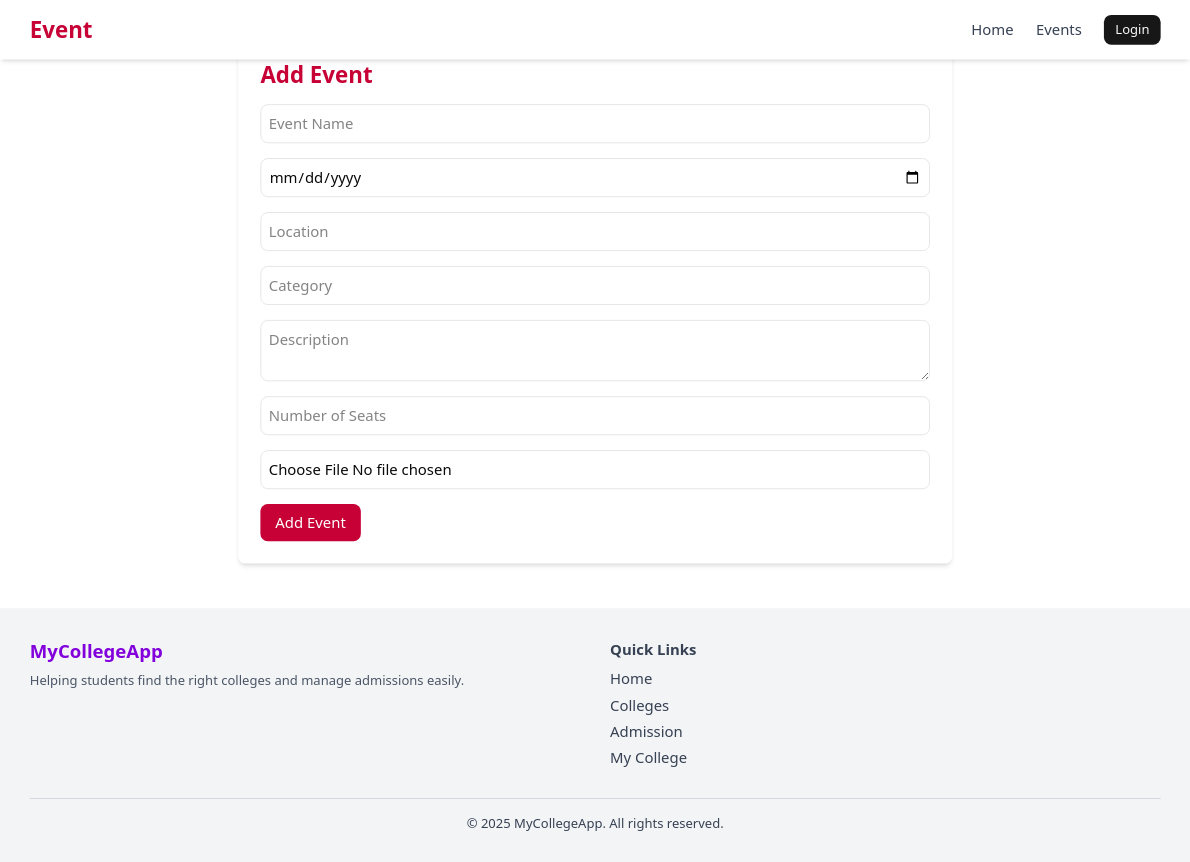
Repository: shshafin/event-client
Page: /add-event
An editor plug-in stored every save of this project. The page is shown before and after the next save, followed by the edit.
The browser window is 1280 px wide. The pictures show the whole page, at 93% of full size.
The page's requests for data from a server got no answer. The project was rebuilt for these pictures with package versions that can differ from the ones it lists, and the page was loaded fresh each time. The framework's server and built-in components were replaced by stand-ins that run in the browser. No one was signed in, and anything a server would have sent is missing. Also part of the build but not shown: next.config.ts, src/components/ui/dropdown-menu.tsx.

Above is the page before, as saved 2025-10-30 00:53:16.

After the next save:
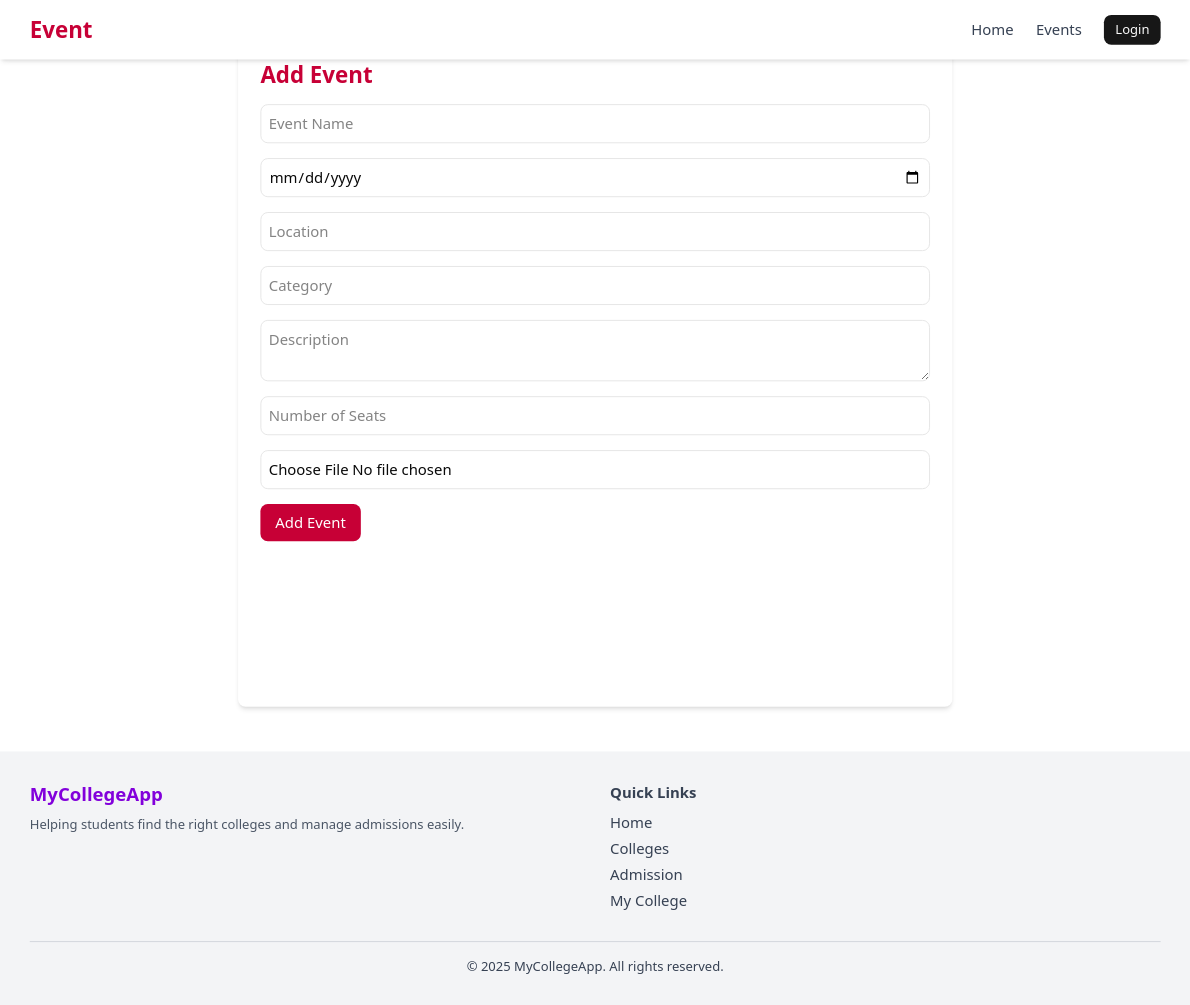
Saved 14 s later.
--- a/src/app/(withCommonLayout)/(admin)/add-event/page.tsx
+++ b/src/app/(withCommonLayout)/(admin)/add-event/page.tsx
@@ -118,7 +118,7 @@
   };
 
   return (
-    <div className="max-w-3xl mx-auto mt-10 p-6 bg-white shadow-md rounded-md">
+    <div className="max-w-3xl mx-auto mt-10 p-6 bg-white shadow-md rounded-md h-screen">
       <h2 className="text-2xl font-bold mb-4 text-rose-700">Add Event</h2>
 
       <FXForm

After the save that followed:
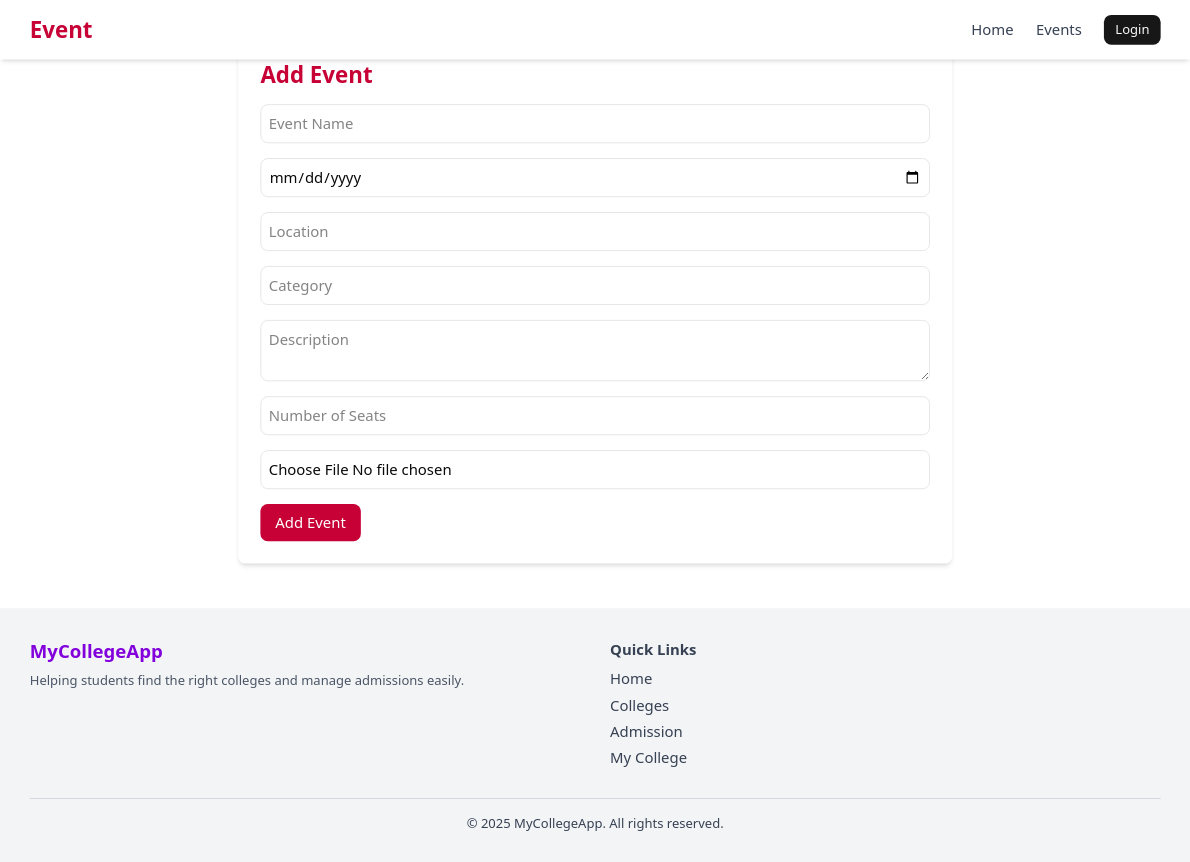
Saved 5 s later.
--- a/src/app/(withCommonLayout)/(admin)/add-event/page.tsx
+++ b/src/app/(withCommonLayout)/(admin)/add-event/page.tsx
@@ -118,7 +118,7 @@
   };
 
   return (
-    <div className="max-w-3xl mx-auto mt-10 p-6 bg-white shadow-md rounded-md h-screen">
+    <div className="max-w-3xl mx-auto mt-10 p-6 bg-white shadow-md rounded-md">
       <h2 className="text-2xl font-bold mb-4 text-rose-700">Add Event</h2>
 
       <FXForm
